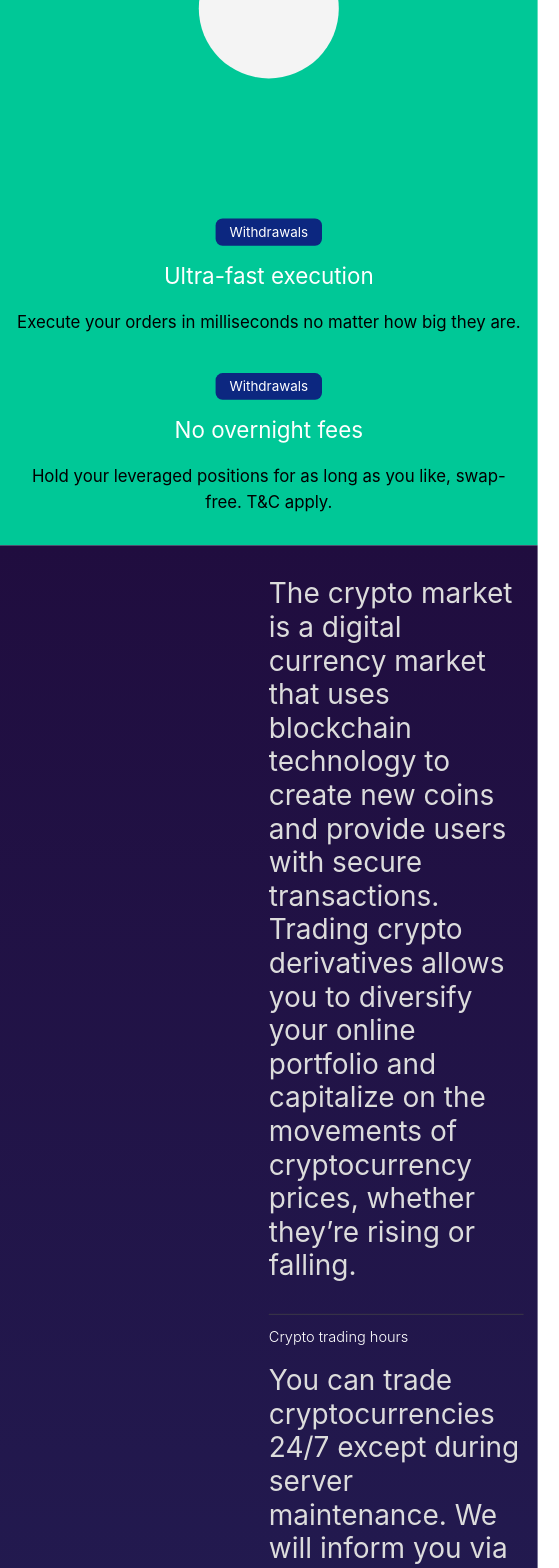
Repository: RevenewMarketing/Assex
Page: /atc
The author's editor kept a copy of each file at every save. The page is drawn from the files as they stood at one save, then again after the next save.
The browser window is 768 px wide. The page is 798 px wide, so the pictures cover 798 px, including what lies to the right of the window. The pictures show the part of the page from y = 4260 to 6500 px (the page is 12832 px tall before and 9024 px after), at 70% of full size.
The project was rebuilt for these pictures with package versions that can differ from the ones it lists, and the page was loaded fresh each time. Also part of the build but not shown: vite.config.ts, src/pages/home/sections/HeroSection.module.css, src/pages/home/sections/HeroSection.tsx, src/pages/home/sections/Section2.tsx, src/pages/home/sections/Section3.tsx, src/pages/home/sections/Section4.tsx, src/pages/home/sections/Section5.tsx, src/pages/home/sections/Section6.tsx and 19 more.

Above is the page before, as saved 2024-11-29 11:06:49.

### index.html
<!doctype html>
<html lang="en">
  <head>
    <meta charset="UTF-8" />
    <link rel="icon" type="image/svg+xml" href="/vite.svg" />
    <meta name="viewport" content="width=device-width, initial-scale=1.0" />
    <title>Assex</title>
  </head>
  <body>
    <div id="root"></div>
    <script type="module" src="/src/main.tsx"></script>
  </body>
</html>

### src/index.css
:root {
  font-family: Inter, system-ui, Avenir, Helvetica, Arial, sans-serif;
  line-height: 1.5;
  font-weight: 400;
  color-scheme: light dark;
  color: rgba(255, 255, 255, 0.87);
  background-color: #ffffff;
  font-synthesis: none;
  max-width: 1920px;
  margin: auto;
  text-rendering: optimizeLegibility;
  -webkit-font-smoothing: antialiased;
  -moz-osx-font-smoothing: grayscale;
  /* Smooth scrolling */
  scroll-behavior: smooth;
}

a {
  font-weight: 500;
  color: #646cff;
  text-decoration: inherit;
}

a:hover {
  color: #535bf2;
}

body {
  margin: 0;
  display: flex;
  place-items: center;
  min-width: 320px;
  min-height: 100vh;
  background-color: #FFF;
  /* align-content: center; */
  flex-direction: column;
  justify-content: flex-start;
}

h1 {
  font-size: 3.2em;
  line-height: 1.1;
}

button {
  border-radius: 8px;
  border: 1px solid transparent;
  padding: 0.6em 1.2em;
  font-size: 1em;
  font-weight: 500;
  font-family: inherit;
  background-color: #1a1a1a;
  cursor: pointer;
  transition: border-color 0.25s;
}

button:hover {
  border-color: #646cff;
}

button:focus,
button:focus-visible {
  outline: 4px auto -webkit-focus-ring-color;
}

@media (prefers-color-scheme: light) {
  :root {
    color: #213547;
    background-color: #ffffff;
  }

  a:hover {
    color: #747bff;
  }

  button {
    background-color: #f9f9f9;
  }
}

### src/App.tsx

import './App.css'
// import Navigation from './pages/home/Navigation'
import NavigationMenu from './components/navigation-menu/NavigationMenu'

import { BrowserRouter, Route, Routes } from 'react-router';
import Home from './pages/home/Home';
import Footer from './components/footer-section/Footer';
import About from './pages/about/About';
import Partner from './pages/partner/Partner';
import AccountTypeCrypto from './pages/account_type_crypto/AccountTypeCrypto';

function App() {

  return (
    <>
    <BrowserRouter>
    <NavigationMenu />
    <Routes>
      <Route path="/" element={<Home />} />
      <Route path="/about" element={<About />} />
      <Route path="/partner" element={<Partner />} />
      <Route path="/atc" element={<AccountTypeCrypto />} />
      {/* Define other routes */}
    </Routes>
    <Footer />
  </BrowserRouter>


    </>
  )
}

export default App

### src/App.css
#root {
  max-width: 1920px;
  width: 100%;
  margin: 0 auto;
  padding: 0;
  text-align: center;
}

.logo {
  height: 6em;
  padding: 1.5em;
  will-change: filter;
  transition: filter 300ms;
}
.logo:hover {
  filter: drop-shadow(0 0 2em #646cffaa);
}
.logo.react:hover {
  filter: drop-shadow(0 0 2em #61dafbaa);
}

@keyframes logo-spin {
  from {
    transform: rotate(0deg);
  }
  to {
    transform: rotate(360deg);
  }
}

@media (prefers-reduced-motion: no-preference) {
  a:nth-of-type(2) .logo {
    animation: logo-spin infinite 20s linear;
  }
}

.card {
  padding: 2em;
}

.read-the-docs {
  color: #888;
}

/* Auth Buttons */
.authButtons {
  /* margin-left: auto; */
  display: flex;
  gap: 10px;
}

### src/pages/account_type_crypto/AccountTypeCrypto.tsx
import Section1 from "./sections/Section1"
import Section2 from "./sections/Section2"
import Section3 from "./sections/Section3"
import Section4 from "./sections/Section4"
import Section5 from "./sections/Section5"
import Section6 from "./sections/Section6"



const AccountTypeCrypto = () => {
  return (
    <div>
      <Section1 />
      <Section2 />
      <Section3 />
      <Section4 />
      <Section5 />
      <Section6 />
    </div>
  )
}

export default AccountTypeCrypto

### src/components/navigation-menu/NavigationMenu.module.css
.navigationContainer {
  position: relative;
  font-family: Arial, sans-serif;
}

/* Navigation Bar */
.navigationBar {
  position: fixed;
  top: 0;
  left: 0;
  width: 100%;
  display: flex;
  background-color: #ffffff;
  padding: 10px 20px;
  box-sizing: border-box;
  z-index: 1001;
  justify-content: center;
  align-items: center;
}

/* Menu Item Container */
.menuItemContainer {
  margin-right: 20px;
}

/* Menu Items */
.menuItem {
  background: none;
  border: none;
  color: rgb(34, 34, 34);
  font-size: 1.2rem;
  cursor: pointer;
  transition: opacity 0.3s;
}

.menuItem:hover {
  opacity: 0.7;
}

.active {
  opacity: 0.5;
}

.navLogo {
  margin-right: 5dvw;
}

.languageSelector {
  margin-left: 20px;
  display: flex;
  align-items: center;
  font-size: 14px;
  color: #000000d8;
  cursor: pointer;
}

.globeIcon {
  margin-right: 5px;

}

/* Submenu */
.submenu {
  position: fixed;
  top: 50px;
  left: 0;
  width: 100%;
  height: 300px;
  background-color: #ffffff;
  box-shadow: 0 4px 8px rgba(0, 0, 0, 0.2);
  padding: 20px;
  box-sizing: border-box;
  z-index: 1000;
  opacity: 0;
  transform: translateY(-100%);
}

.submenuContent {
  display: flex
  ;
      justify-content: flex-start;
      gap: 10dvw;
      padding: 0 5dvw;
}

.submenuSection h4 {
  color: #0000003d;
  font-size: 1.2rem;
}

.submenuSection p {
  font-size: 1.2rem;
}

.submenuSection {
  text-align: left;
}

.submenuSection a {
  color: #000000;
  text-decoration: none;
  cursor: pointer;
  transition: color 0.3s;
}

.submenuSection a:hover {
  color: #00b074;
  transition: color 0.3s;
}

/* Fade In Animation */
.fadeIn {
  animation: slide-in-top 0.3s cubic-bezier(0.25, 0.46, 0.45, 0.94) forwards;
}

@keyframes slide-in-top {
  0% {
    transform: translateY(-100%);
    opacity: 0;
  }
  100% {
    transform: translateY(0);
    opacity: 1;
  }
}

/* Fade Out Animation */
.fadeOut {
  animation: slide-out-top 0.3s cubic-bezier(0.25, 0.46, 0.45, 0.94) forwards;
}

@keyframes slide-out-top {
  0% {
    transform: translateY(0);
    opacity: 1;
  }
  100% {
    transform: translateY(-100%);
    opacity: 0;
  }
}





/* Overlay */
.overlay {
  position: fixed;
  top: 50px;
  left: 0;
  width: 100%;
  height: calc(100% - 50px);
  background: rgba(0, 0, 0, 0.5);
  z-index: 999;
  opacity: 0;
  visibility: hidden;
  transition: opacity 0.3s ease, visibility 0.3s ease;
}

.fadeInOverlay {
  opacity: 1;
  visibility: visible;
  backdrop-filter: blur(5px);
}

.fadeOutOverlay {
  opacity: 0;
  visibility: hidden;
}

/* Page Content */
.pageContent {
  /* padding: 80px 20px 20px 20px; */
  transition: opacity 0.3s;
}

.dimmed {
  opacity: 0.3;
}

### src/components/ReusableButton.tsx

import styles from './GlobalComponentStyles.module.css';

type Props = {
  link?: string;
  text: string;
  type: 'register' | 'sign-in' | 'logout' | 'profile' | 'settings' | 'help' | 'free-trial' | 'learn-more' | 'dark' | 'light';
};

export default function ReusableButton({ link, text, type }: Props) {
  return (
      <button
      style={{
        backgroundColor: type === 'register' ? '#19BC9C' :
        type === 'sign-in' ? '#F4F6F7' :
        type === 'logout' ? '#FF6347' :
        type === 'profile' ? '#FFA07A' :
        type === 'settings' ? '#FF7F50' :
        type === 'help' ? '#FFA500' :
        type === 'free-trial' ? '#FFD700' :
        type === 'learn-more' ? '#FF4500' :
        type === 'dark' ? '#4C4B4D' :
        type === 'light' ? '#fff' : '#000',
        color: type === 'dark' ? '#fff' : '#000'
      }}
        className={styles.registerButton}
        onClick={() => window.open(link, '_blank')}
      >{text}
      </button>

  );
}

### src/components/footer-section/FooterStyles.module.css
.footerContainer {
  background-color: #ffffff;
  color: #333;
  padding: 60px 20px;
  font-family: Arial, sans-serif;
  font-size: 14px;
  line-height: 1.8;
}

.footerContainer h4 {
  font-size: 16px;
  font-weight: bold;
  margin-bottom: 10px;
  color: #000;
  text-align: left;
  margin-top: 0;
}

.footerContainer ul {
  list-style-type: none;
  padding: 0;
  margin: 0;
  text-align: left;
}

.footerContainer ul li {
  margin-bottom: 0px;
  cursor: pointer;
}

.footerContainer ul li:hover {
  color: #00b894;
}

.footerContainer .columnsContainer {
  display: flex;
  justify-content: space-between;
  gap: 20px;
  flex-wrap: wrap;
  margin-bottom: 40px;
  width: 80%;
  margin: auto;
}

.footerContainer .columnsContainer>div {
  flex: 1;
  min-width: 180px;
  /* Ensures alignment and proper spacing */
}

.linksContainer {
  display: flex;
  gap: 20px;
  justify-content: flex-end;
  width: 95%;
}

.linksContainer a {
  color: #000000 !important;
  font-weight: 600;
}

.footerContainer .linksContainer {
  text-align: center;
  margin: 20px 0 30px;
}

.footerContainer .linksContainer a {
  color: #007bff;
  text-decoration: none;
  margin: 0px;
  font-size: 14px;
}

.footerContainer .linksContainer a:hover {
  text-decoration: underline;
}

.footerContainer .details {
  font-size: 12px;
  color: #666;
  line-height: 1.5;
  margin: 20px auto;
  text-align: center;
  width: 90%;
  border-top: 1px solid #80808061;
  padding-top: 10px;
}

.footerContainer .details p {
  margin-bottom: 15px;
}

.footerContainer .logoContainer {
  text-align: left;
  margin: auto;
  width: 80%;
}

.footerContainer .logoContainer img {
  max-width: 150px;
}

.footerContainer .copyright {
  text-align: center;
  font-size: 14px;
  margin-top: 30px;
}


.details p {
  margin: 0 !important;
}

### src/pages/account_type_crypto/sections/Section1.tsx

import styles from './Section1.module.css';

const textContent = {
  title: 'CRYPTO TRADING WITHOUT THE SWAP FEES',
  subtitle: 'Trade popular cryptocurrencies including BTCUSD, ETHUSD, and LTCUSD. Hold your positions with no overnight charges.',
  registerButton: 'Register',
  demoButton: 'Try free demo',
};

const Section1: React.FC = () => {
  return (
    <section className={styles.container}>
    <div className={styles.textContainer}>
       <i> <h1 className={styles.title}>{textContent.title}</h1></i>
        <p className={styles.subtitle}>{textContent.subtitle}</p>
    </div>
      <div className={styles.buttonsContainer}>
        <button className={`${styles.button} ${styles.primaryButton}`}>{textContent.registerButton}</button>
        <button className={styles.button}>{textContent.demoButton}</button>
      </div>
    </section>
  );
};

export default Section1;

### src/pages/account_type_crypto/sections/Section2.tsx

import styles from './Section2.module.css';

const textContent = {
  title: 'Open an account and trade crypto',
  features: [
    {
      title: 'Access the growing crypto market',
      description:
        'through derivatives and enjoy the ability to capitalize on crypto price movements without needing to own the underlying asset.',
    },
    {
      title: 'Trade all available cryptocurrencies',
      description:
        'completely swap-free and hold your crypto trading positions at no extra cost.',
    },
    {
      title: 'Leverage proprietary trading features',
      description:
        'to strengthen your positions and give your strategy a unique advantage in a dynamic market.',
    },
  ],
};

const Section2: React.FC = () => {
  return (
    <section className={styles.container}>
      <h1 className={styles.title}>{textContent.title}</h1>
      <div className={styles.textContent}>

        <div className={styles.featuresContainer}>
          {textContent.features.map((feature, index) => (
            <div key={index} className={styles.feature}>
              <h2 className={styles.featureTitle}>{feature.title}</h2>
              <p className={styles.featureDescription}>{feature.description}</p>
            </div>
          ))}
        </div>
        <div className={styles.imagePlaceholder}></div>
      </div>

    </section>
  );
};

export default Section2;

### src/pages/account_type_crypto/sections/Section3.tsx

import styles from './Section3.module.css';

const textContent = {
  features: [
    {
      label: 'Withdrawals',
      title: 'Instant withdrawals',
      description: 'Get your deposits and withdrawals approved the moment you click the button.',
    },
    {
      label: 'Withdrawals',
      title: 'The best spreads on crypto',
      description: 'Trade with the tightest & most stable spreads in the market.',
    },
    {
      label: 'Withdrawals',
      title: 'Ultra-fast execution',
      description: 'Execute your orders in milliseconds no matter how big they are.',
    },
    {
      label: 'Withdrawals',
      title: 'No overnight fees',
      description: 'Hold your leveraged positions for as long as you like, swap-free. T&C apply.',
    },
  ],
};

const Section3: React.FC = () => {
  return (
    <section className={styles.container}>
      <div className={styles.leftColumn}>
        {textContent.features.slice(0, 2).map((feature, index) => (
          <div key={index} className={styles.feature}>
            <span className={styles.label}>{feature.label}</span>
            <h2 className={styles.title}>{feature.title}</h2>
            <p className={styles.description}>{feature.description}</p>
          </div>
        ))}
      </div>
      <div className={styles.imageContainer}>
        {/* Placeholder for the Bitcoin image */}
        <div className={styles.imagePlaceholder}></div>
      </div>
      <div className={styles.rightColumn}>
        {textContent.features.slice(2).map((feature, index) => (
          <div key={index} className={styles.feature}>
            <span className={styles.label}>{feature.label}</span>
            <h2 className={styles.title}>{feature.title}</h2>
            <p className={styles.description}>{feature.description}</p>
          </div>
        ))}
      </div>
    </section>
  );
};

export default Section3;

### src/pages/account_type_crypto/sections/Section5.tsx

import styles from "./Section5.module.css";

const content = {
  heading: "Why trade crypto with Assex Markets",
  subheading:
    "From Bitcoin to Ethereum, Litecoin, and more, you can trade cryptocurrency price movements against the US dollar with better-than-market conditions.",
  cards: [
    {
      title: "Instant withdrawals",
      description:
        "Simplify withdrawals for quick access to your funds. Choose your favorite payment method, make a withdrawal request, and enjoy instant approval.",
    },
    {
      title: "Swap-free trading",
      description:
        "Keep your online trades running overnight with 0 charges, whether you are buying or shorting your cryptocurrency of choice.",
    },
    {
      title: "Stop Out Protection",
      description:
        "Enjoy a unique market protection feature that strengthens your positions and helps delay or avoid stop outs, particularly during increased volatility.",
    },
  ],
};

const Section5 = () => {
  return (
    <section className={styles.section}>
      <h1 className={styles.heading}>{content.heading}</h1>
      <p className={styles.subheading}>{content.subheading}</p>
      <div className={styles.cardContainer}>
        {content.cards.map((card, index) => (
          <div key={index} className={styles.card}>
            <div className={styles.cardIcon} ></div>
            <h2 className={styles.cardTitle}>{card.title}</h2>
            <p className={styles.cardDescription}>{card.description}</p>
          </div>
        ))}
      </div>
    </section>
  );
};

export default Section5;

### src/components/GlobalComponentStyles.module.css


.registerButton {
  background-color: #00b074;
  color: white;
  border: none;
  padding: 8px 16px;
  font-size: 14px;
  border-radius: 4px;
  cursor: pointer;
}

.signInButton {
  background-color: #f4f4f4;
  color: #333;
  border: 1px solid #ccc;
  padding: 8px 16px;
  font-size: 14px;
  border-radius: 4px;
  cursor: pointer;
}

### src/pages/account_type_crypto/sections/Section1.module.css
.container {
  background-image: url('/path-to-your-background-image.jpg');
  /* Replace with your background image path */
  background-size: cover;
  background-position: center;
  background-repeat: no-repeat;
  width: 100%;
  min-height: 63dvh;
  display: flex;
  flex-direction: column;
  justify-content: center;
  align-items: flex-start;
  padding: 20px 40px;

  background-color: rgba(0, 0, 0, 0.73);

}

@media (max-width: 768px) {
  .container {
    height: auto;
    padding: 15px;
  }
}

.title {
  font-size: 5rem;
  font-weight: 700;
  color: white;
  margin: 0 0 20px;
  text-align: left;
}

.textContainer {
  width: 55%;
}

@media (max-width: 768px) {
  .title {
    font-size: 2rem;
    margin-bottom: 15px;
  }
}

.subtitle {
  font-size: 2rem;
  color: white;
  margin: 0 0 30px;
  text-align: left;
  width: 72%;
}

@media (max-width: 768px) {
  .subtitle {
    font-size: 1rem;
    margin-bottom: 20px;
  }
}

.buttonsContainer {
  display: flex;
  gap: 15px;
}

@media (max-width: 768px) {
  .buttonsContainer {
    flex-direction: column;
    gap: 10px;
  }
}

.button {
  background-color: white;
  color: #00c897;
  border: 2px solid #00c897;
  border-radius: 5px;
  font-size: 1rem;
  font-weight: 600;
  padding: 10px 20px;
  cursor: pointer;
  transition: all 0.3s ease;
}

.button:hover {
  background-color: #e8f8f4;
}

.primaryButton {
  background-color: #00c897;
  color: white;
}

.primaryButton:hover {
  background-color: #00b087;
}

@media (max-width: 768px) {
  .button {
    width: 100%;
    text-align: center;
  }
}

### src/pages/account_type_crypto/sections/Section2.module.css
.container {
  display: flex;
  justify-content: space-between;
  align-items: center;
  padding: 60px;
  background-color: #ffffff;
  flex-direction: column;
}

@media (max-width: 768px) {
  .container {
    flex-direction: column;
    padding: 30px;
  }
}

.content {
  flex: 1;
  margin-right: 40px;
}

.textContent {
  display: flex;
  justify-content: space-evenly;
  flex-direction: row;
  flex-wrap: wrap;
  align-items: center;
}

.title {
  font-size: 5.6rem;
  font-weight: bold;
  color: #00c897;
  margin-bottom: 40px;
  width: 100%;



}

.features {
  display: flex;
  flex-direction: column;
  gap: 30px;
}

.feature {
  margin-bottom: 20px;
  text-align: left;
}

.featuresContainer {
  display: flex;
  flex-direction: column;
  align-items: flex-start;
  width: 60%;
}

.featureTitle {
  font-size: 3.4rem;
  font-weight: bold;
  color: #00c897;
  margin-bottom: 10px;
  font-weight: 400;
}

.featureDescription {
  font-size: 2.4rem;
  color: #333;
  margin: 0;
  width: 90%;
  font-weight: 400;
}

.imagePlaceholder {
  width: 600px;
  height: 700px;
  background-color: #e6e6e6;
  border-radius: 10px;
  flex-shrink: 0;
}

@media (max-width: 768px) {
  .imagePlaceholder {
    width: 100%;
    height: auto;
    aspect-ratio: 4 / 3;
    margin-top: 30px;
  }
}

### src/pages/account_type_crypto/sections/Section3.module.css
.container {
  display: flex;
  justify-content: space-between;
  align-items: center;
  padding: 40px;
  background-color: #00c897;
  color: white;
  gap: 20px;
}

@media (max-width: 768px) {
  .container {
    flex-direction: column;
    padding: 20px;
  }
}

.leftColumn,
.rightColumn {
  display: flex;
  flex-direction: column;
  gap: 30px;
  flex: 1;
}

.imageContainer {
  display: flex;
  justify-content: center;
  align-items: center;
  flex-shrink: 0;
  flex-basis: 500px;
}

.imagePlaceholder {
  width: 200px;
  height: 200px;
  border-radius: 50%;
  background-color: #f4f4f4;
  display: flex;
  justify-content: center;
  align-items: center;
}

.feature {
  text-align: center;
}

.label {
  display: inline-block;
  background-color: #0C2780;
  color: white;
  padding: 5px 20px;
  font-size: 1.2rem;
  border-radius: 10px;
  margin-bottom: 10px;
}

.title {
  font-size: 2rem;
  font-weight: 400;
  margin: 10px 0;
  color: white;
}

.description {
  font-size: 1.5rem;
  color: #000000;
}

@media (max-width: 768px) {
  .leftColumn,
  .rightColumn {
    align-items: center;
  }

  .imageContainer {
    margin: 30px 0;
  }
}

### src/pages/account_type_crypto/sections/Section4.module.css
.container {
  background: rgb(40, 59, 121);
  background: linear-gradient(0deg, rgba(40, 59, 121, 1) 0%, rgba(32, 13, 63, 1) 100%);
  color: #ffffff;
  padding: 100px;
  display: flex;
  flex-direction: row;
  align-items: center;
  text-align: left;
  justify-content: space-evenly;
}

@media (max-width: 768px) {
  .container {
    padding: 20px;
  }
}

.heading {
  font-size: 6rem;
  font-weight: bold;
  color: #ffffff;
  margin-bottom: 30px;
  width: 50%;
}

.content {
  display: flex;
  flex-direction: column;

  width: 50%;
}

.section {
  border-bottom: 1px solid #444;
  padding-bottom: 20px;
  margin-bottom: 20px;
}

.section:last-child {
  border-bottom: none;
  margin-bottom: 0;
  padding-bottom: 0;
}

.title {
  font-size: 4rem;
  font-weight: 300;
  margin: 0;
  color: #ffffff;
  line-height: 1.2;
}

.paragraph, .listItem {
  font-size: 2.5rem;
  color: #dcdcdc;
  white-space: pre-line;
  line-height: 1.2;

  /* To handle line breaks in text */
}

.paragraph {
  margin: 25px 0;
}

.paragraph ul {
  padding-left: 100px;
}

@media (max-width: 768px) {
  .title {
    font-size: 1.3rem;
  }

  .description {
    font-size: 0.9rem;
  }
}

### src/pages/account_type_crypto/sections/Section5.module.css
.section {
  padding: 20px;
  text-align: center;
  background-color: #f9f9f9;
}

.cardIcon {
  border-radius: 50%;
  width: 50px;
  height: 50px;
  background-color: #00b894;
  margin: 0 auto;
}

.heading {
  font-weight: 400;
  color: #00b894;
  margin-bottom: 10px;
}

.subheading {
  color: #636e72;
  margin: auto;
  width: 50%;

}

.cardContainer {
  display: flex;
  justify-content: center;
  gap: 20px;
  flex-wrap: wrap;
  margin: 20px;
}

.card {
  display: flex;
  flex-direction: column;
  justify-content: flex-start;
  background: white;
  padding: 15px;
  border: 1px solid #dfe6e9;
  border-radius: 8px;
  max-width: 230px;
  height: 300px;
  text-align: left;
  box-shadow: 0 2px 4px rgba(0, 0, 0, 0.1);
}

.cardTitle {
  font-weight: 400;
  color: #00b894;
  margin-bottom: 8px;
}

.cardDescription {
  text-align: center;
  color: #2d3436;
  line-height: 1.6;
}

### src/pages/account_type_crypto/sections/Section6.module.css
.section {
  padding: 50px;
  background-color: #1ABC9C;
  display: flex;
  justify-content: space-around;
}

.sectionContainer {
  background-color: #ffffff;
  border-radius: 8px;
  padding: 30px;
  display: flex
;

}

.heading {
  font-weight: 400;
  margin-bottom: 20px;
  text-align: left;
  color: #1ABC9C;
  width: 25%;
}

.accordionContainer {
  background: #ffffff;
  border-radius: 8px;
  overflow: hidden;
}

.accordionItem {
  border-bottom: 1px solid #dfe6e9;
}

.accordionQuestion {
  padding: 15px 20px;
  font-size: 16px;
  font-weight: bold;
  cursor: pointer;
  display: flex;
  justify-content: space-between;
  align-items: center;
  color: #2d3436;
}

.accordionQuestion:hover {
  background-color: #f1f2f6;
}

.icon {
  font-size: 18px;
  color: #1ABC9C;
}

.accordionAnswer {
  overflow: hidden;
  max-height: 0px;
  /* Initially closed */
  transition: max-height 0.3s ease-in-out;
  /* Smooth sliding animation */
  padding: 0 20px;
  font-size: 14px;
  background: #f9f9f9;
  color: #636e72;
}

Loaded but not shown: src/main.tsx (common file); src/components/navigation-menu/NavigationMenu.tsx (268 lines, source omitted); src/pages/account_type_crypto/sections/Section6.tsx (94 lines, source omitted); src/pages/account_type_crypto/sections/Section4.tsx (85 lines, source omitted); src/components/footer-section/Footer.tsx (87 lines, source omitted)

After the next save:
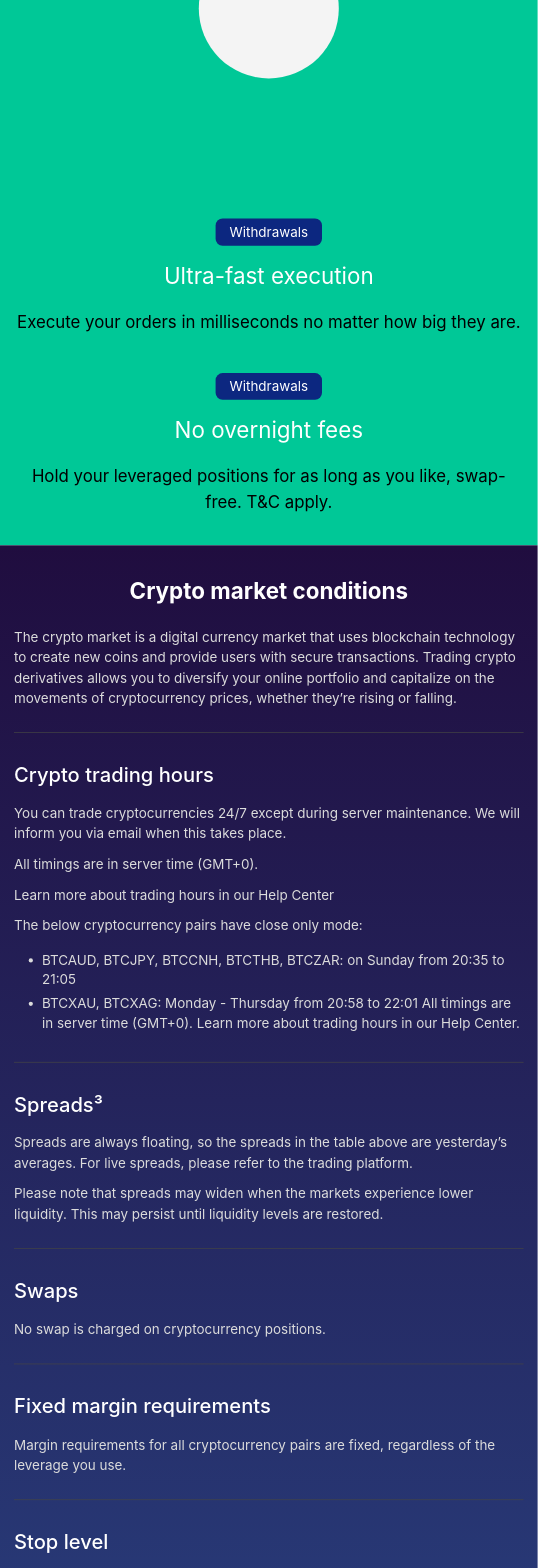
Saved 2 min 0 s later.
--- a/src/pages/account_type_crypto/sections/Section4.module.css
+++ b/src/pages/account_type_crypto/sections/Section4.module.css
@@ -13,22 +13,23 @@
 @media (max-width: 768px) {
   .container {
     padding: 20px;
+    flex-direction: column;
   }
 }
 
 .heading {
-  font-size: 6rem;
+  font-size: 4rem; /* Reduced for better readability */
   font-weight: bold;
   color: #ffffff;
   margin-bottom: 30px;
-  width: 50%;
+  width: 100%; /* Full width on smaller screens */
+  text-align: center; /* Centered for better layout */
 }
 
 .content {
   display: flex;
   flex-direction: column;
-
-  width: 50%;
+  width: 100%; /* Full width for content */
 }
 
 .section {
@@ -44,36 +45,48 @@
 }
 
 .title {
-  font-size: 4rem;
-  font-weight: 300;
-  margin: 0;
+  font-size: 2.5rem; /* Adjusted for consistency */
+  font-weight: 500;
+  margin: 20px 0;
   color: #ffffff;
-  line-height: 1.2;
+  line-height: 1.4;
 }
 
 .paragraph, .listItem {
-  font-size: 2.5rem;
+  font-size: 1.6rem; /* Scaled for better readability */
   color: #dcdcdc;
   white-space: pre-line;
-  line-height: 1.2;
-
-  /* To handle line breaks in text */
+  line-height: 1.5;
 }
 
 .paragraph {
-  margin: 25px 0;
+  margin: 15px 0;
 }
 
 .paragraph ul {
-  padding-left: 100px;
+  padding-left: 40px;
+}
+
+.list {
+  margin: 20px 0;
+}
+
+.listItem {
+  font-size: 1.4rem;
+  margin: 5px 0;
 }
 
 @media (max-width: 768px) {
-  .title {
-    font-size: 1.3rem;
+  .heading {
+    font-size: 2rem;
+    margin-bottom: 20px;
   }
 
-  .description {
-    font-size: 0.9rem;
+  .title {
+    font-size: 1.8rem;
+  }
+
+  .paragraph, .listItem {
+    font-size: 1.2rem;
   }
 }
